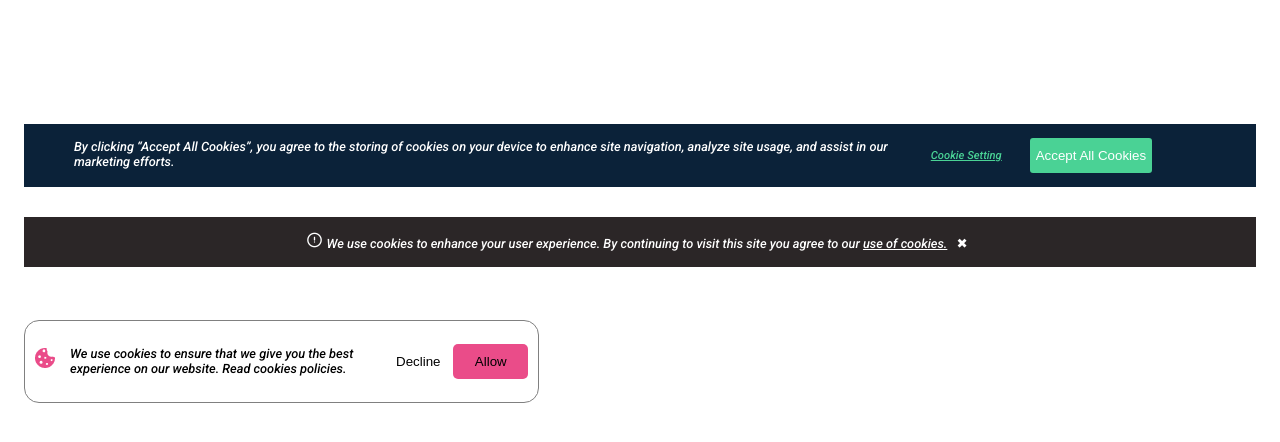
Repository: batonAnton/cursor_cookies_lectr3
Page: index.html
An editor plug-in stored every save of this project. The page is shown before and after the next save, followed by the edit.
The browser window is 1280 px wide. The pictures show the whole page.

Above is the page before, as saved 2022-06-01 12:53:33.

After the next save:
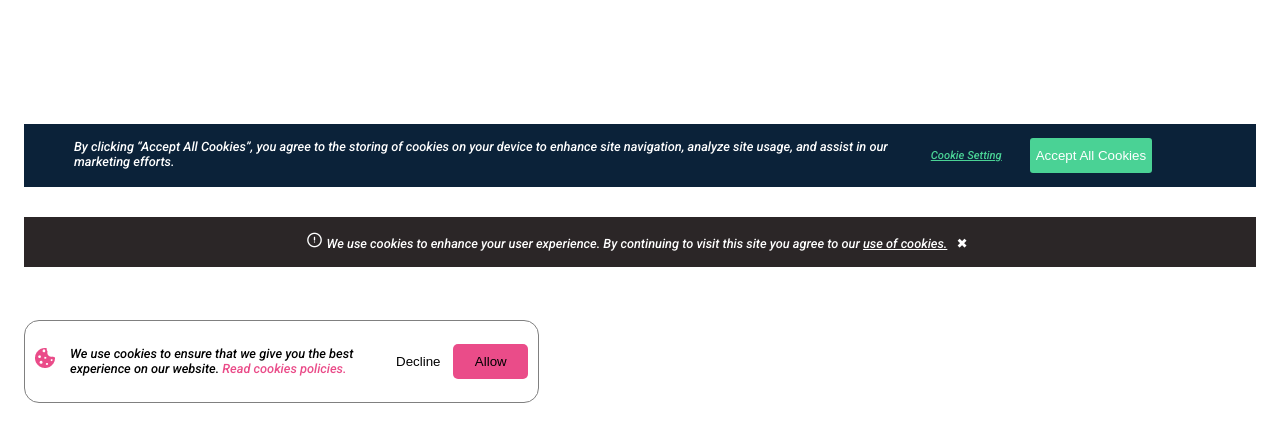
Saved 3 min 14 s later.
--- a/index.html
+++ b/index.html
@@ -26,7 +26,7 @@
 
         <div class="banner_3">
             <img src="/images/pink_cookies.png" alt="img cookies">
-            <p>We use cookies to ensure that we give you the best <br> experience on our website. Read cookies policies. </p>
+            <p>We use cookies to ensure that we give you the best <br> experience on our website. <a href="#">Read cookies policies.</a> </p>
             <button class="false_btn">decline</button>
             <button class="true_btn">allow</button>
         </div>
